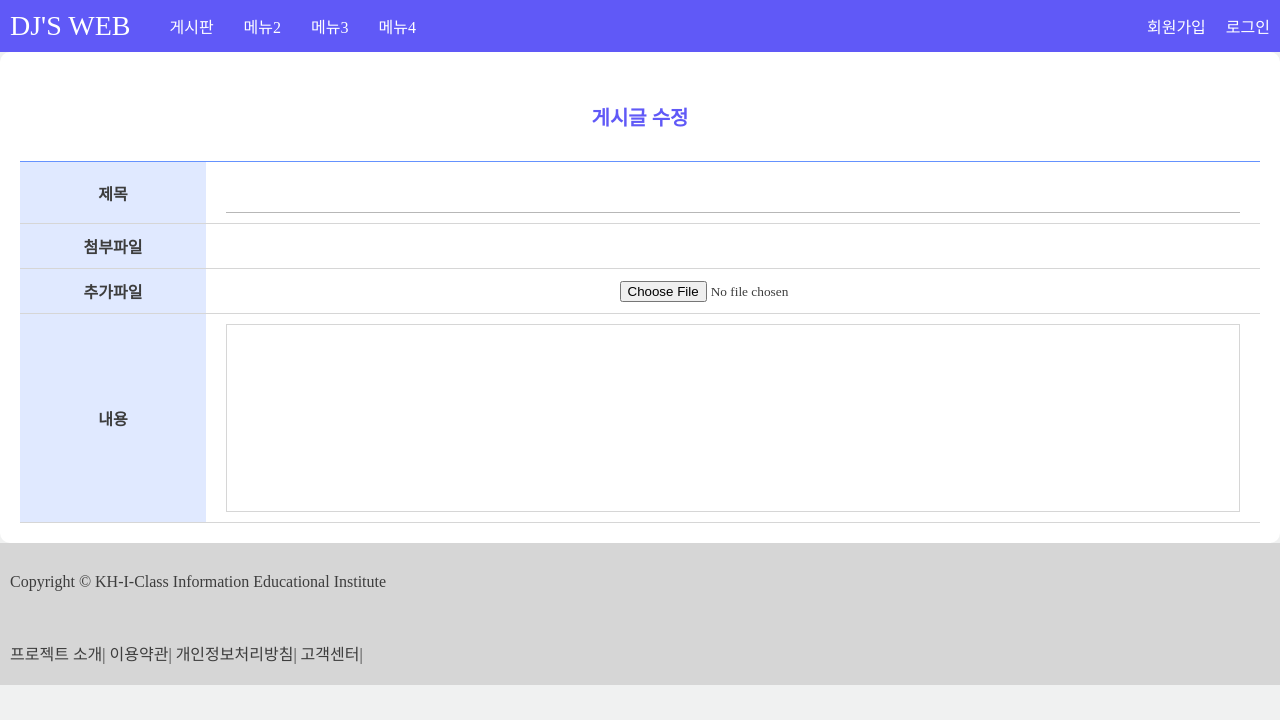
Repository: Godzilla-Man/codingStudy
Page: http://localhost/server_06_notice/notice/updateFrm
An editor plug-in stored every save of this project. The page is shown before and after the next save, followed by the edit.
The browser window is 1280 px wide. The pictures show the whole page.
Some web fonts or font styles are not loaded; a fallback is used. The page is served by Tomcat 9. Other server files are loaded and not shown. Queries for data that is not in the repository find no rows.

Above is the page before, as saved 2025-05-12 03:10:19.

### server_06_notice/src/main/webapp/WEB-INF/views/notice/updateFrm.jsp
<%@ page language="java" contentType="text/html; charset=UTF-8"
    pageEncoding="UTF-8"%>
<%@ taglib uri="http://java.sun.com/jsp/jstl/core" prefix="c" %>
<!DOCTYPE html>
<html>
<head>
<meta charset="UTF-8">
<title>게시글 정보 수정</title>
</head>
<body>
	<div class="wrap">
		<jsp:include page="/WEB-INF/views/common/header.jsp"></jsp:include>
		<main>
			<section class="section notice-update-wrap">
				<div class="page-title">게시글 수정</div>
				<form action="/notice/update" method="post" enctype="multipart/form-data">
					<input type="hidden" name="noticeNo" value="${notice.noticeNo}">
					<table class="tbl">
						<tr>
							<th style="width:15%;">제목</th>
							<td>
								<div class="input-item">
									<input type="text" name="noticeTitle" value="${notice.noticeTitle}">
								</div>
							</td>
						</tr>
						<tr>
							<th>첨부파일</th>
							<td>
								<div class="left">
									<c:forEach var="file" items="${notice.fileList}">
										<div class="files">
											<span class="delFileName">${file.fileName}</span>
											<span class="material-icons delBtn">remove_circle</span>
										</div>
									</c:forEach>
								</div>
							</td>
						</tr>
						<tr>
							<th>추가파일</th>
							<td>
								<input type="file" name="addFile">
							</td>
						</tr>
						<tr>
							<th>내용</th>
							<td class="left">
								<div class="input-item">
									<textarea name="noticeContent">${notice.noticeContent}</textarea>
								</div>
							</td>
						</tr>
					</table>
				</form>
			</section>
		</main>
		<jsp:include page="/WEB-INF/views/common/footer.jsp"></jsp:include>
	</div>
</body>
</html>

### server_06_notice/src/main/webapp/WEB-INF/views/common/header.jsp
<%@ page language="java" contentType="text/html; charset=UTF-8"
    pageEncoding="UTF-8"%>
<%@ taglib uri="http://java.sun.com/jsp/jstl/core" prefix="c" %>
<link rel="stylesheet" href="/resources/css/default.css">
<link href="https://fonts.googleapis.com/icon?family=Material+Icons" rel="stylesheet">
<script src="https://code.jquery.com/jquery-3.7.1.min.js"></script>
<script src="/resources/js/sweetalert.min.js"></script>

<header class="header">
	<div>
		<div class="logo">
			<a href="/">DJ'S WEB</a>
		</div>
		<nav class="nav">
			<ul>
				<li>
					<a href="/notice/getList?reqPage=1">게시판</a>
				</li>
				<li>
					<a href="#">메뉴2</a>
				</li>
				<li>
					<a href="#">메뉴3</a>
				</li>
				<li>
					<a href="#">메뉴4</a>
				</li>
			</ul>
		</nav>
		<ul class="user-menu">
			<%-- 세션에 로그인 회원 정보 등록 여부에 따라 다른 메뉴 출력 --%>
			<c:choose>
				<c:when test="${empty sessionScope.loginMember}">
					<li>
						<a href="/member/joinFrm">회원가입</a>
					</li>
					<li>
						<a href="/member/loginFrm">로그인</a>
					</li>
				</c:when>
				<c:otherwise>
					<li>
						<a href="/member/myPage">마이페이지</a>
					</li>
					<li>
						<a href="/member/logout">로그아웃</a>
					</li>
				</c:otherwise>
			</c:choose>
		</ul>
	</div>
</header>

### server_06_notice/src/main/webapp/WEB-INF/views/common/footer.jsp
<%@ page language="java" contentType="text/html; charset=UTF-8"
    pageEncoding="UTF-8"%>
<footer class="footer">
	<div>
		<p>Copyright &copy; KH-I-Class Information Educational Institute</p>
	</div>
	<div>
		<a href="#">프로젝트 소개</a><span>|</span>
		<a href="#">이용약관</a><span>|</span>
		<a href="#">개인정보처리방침</a><span>|</span>
		<a href="#">고객센터</a><span>|</span>
	</div>
</footer>

### server_06_notice/src/main/java/kr/or/iei/notice/controller/UpdateFrmServlet.java
package kr.or.iei.notice.controller;

import java.io.IOException;

import javax.servlet.RequestDispatcher;
import javax.servlet.ServletException;
import javax.servlet.annotation.WebServlet;
import javax.servlet.http.HttpServlet;
import javax.servlet.http.HttpServletRequest;
import javax.servlet.http.HttpServletResponse;

import kr.or.iei.notice.model.service.NoticeService;
import kr.or.iei.notice.model.vo.Notice;

/**
 * Servlet implementation class UpdateFrmServlet
 */
@WebServlet("/notice/updateFrm")
public class UpdateFrmServlet extends HttpServlet {
	private static final long serialVersionUID = 1L;

    /**
     * @see HttpServlet#HttpServlet()
     */
    public UpdateFrmServlet() {
        super();
        // TODO Auto-generated constructor stub
    }

	/**
	 * @see HttpServlet#doGet(HttpServletRequest request, HttpServletResponse response)
	 */
	protected void doGet(HttpServletRequest request, HttpServletResponse response) throws ServletException, IOException {
		//1. 인코딩
		//2. 값 추출 - 게시글 번호
		String noticeNo = request.getParameter("noticeNo");
		//3. 로직 - 게시글 1개 정보 조회
		NoticeService service = new NoticeService();
		Notice notice = service.selectOneNotice(noticeNo, true); //상세보기 이동 시, 정의했던 메소드 재사용

		//4. 결과 처리
		//4.1 이동 페이지 경로 지정
		RequestDispatcher view = request.getRequestDispatcher("/WEB-INF/views/notice/updateFrm.jsp");
		//4.2 화면 구현에 필요한 데이터 등록
		request.setAttribute("notice", notice);
		//4.3 페이지 이동
		view.forward(request, response);
	}

	/**
	 * @see HttpServlet#doPost(HttpServletRequest request, HttpServletResponse response)
	 */
	protected void doPost(HttpServletRequest request, HttpServletResponse response) throws ServletException, IOException {
		// TODO Auto-generated method stub
		doGet(request, response);
	}

}

### server_06_notice/src/main/java/kr/or/iei/notice/model/service/NoticeService.java
package kr.or.iei.notice.model.service;

import java.sql.Connection;
import java.util.ArrayList;

import kr.or.iei.common.JDBCTemplate;
import kr.or.iei.common.ListData;
import kr.or.iei.notice.model.dao.NoticeDao;
import kr.or.iei.notice.model.vo.Notice;
import kr.or.iei.notice.model.vo.NoticeFile;

public class NoticeService {

	private NoticeDao dao;

	public NoticeService() {
		dao = new NoticeDao();
	}

	public ListData<Notice> selectNoticeList(int reqPage) {
		Connection conn = JDBCTemplate.getConnection();

		//한 페이지에 보여줄 게시글의 갯수
		int viewNoticeCnt = 10;

		//시작 행번호(start)와 끝 행번호(end)를  요청 페이지 번호(reqPage)에 따라 연산

		/*
		 *  reqPage == 1, start ==1, end == 10
		 *  reqPage == 2, start ==11, end == 20
		 *  reqPage == 3, start ==21, end == 30
		 *  reqPage == 4, start ==31, end == 40
		 *  .
		 *  .
		 */
		int end = reqPage * viewNoticeCnt;
		int start = end - viewNoticeCnt + 1;


		ArrayList<Notice> list = dao.selectNoticeList(conn, start, end);

		//페이지네이션 작업 < 1 2 3 4 5 6 7 >

		//전체 게시글 갯수 조회(totCnt)
		int totCnt = dao.selectTotalCount(conn);

		//전체 페이지 갯수(totPage)
		/*
		 * totCnt == 23개 == 3개 페이지
		 * totCnt == 29개 == 3개 페이지
		 * totCnt == 60개 == 6개 페이지
		 * totCnt == 100개 == 10개 페이지
		 * totCnt == 101개 == 11개 페이지
		 *
		 * 전체 게시글 갯수를 한 페이지에 보여줄 게시글 갯수로 나누었을 때,
		 * 나머지가 존재한다면 나머지 게시글을 보여줄 페이지가 1개 더 필요.
		 */

		int totPage = 0;
		if(totCnt % viewNoticeCnt > 0) { //나머지 구하는 수식으로 페이지네이션 구성
			totPage = totCnt / viewNoticeCnt + 1;
		}else {
			totPage = totCnt / viewNoticeCnt;
		}

		//페이지네이션 사이즈 1 2 3 4 5
		int pageNaviSize = 5; //페이지 번호의 사이즈 -> 몇개를 보여줄 것인지

		/*
		 * ((3-1) / 5) * 5 + 1 -> 1페이지
		 * ((7-1) / 5) * 5 + 1 -> 6페이지
		 * ((14-1) / 5) * 5 + 1 -> 11페이지
		 */
		//페이지네이션의 시작 번호 (1,2,3,4,5 그룹이면 1이고, 6,7,8,9,10 그룹이면 6이고 11,12,13,14,15, 그룹이면 11)
		int pageNo = ((reqPage-1) / pageNaviSize) * pageNaviSize + 1;

		//페이지 하단에 보여줄 페이지네이션 HTML 코드 작성
		String pageNavi = "<ul class='pagination circle-style'>";

		//이전 버튼
		if(pageNo != 1) {
			pageNavi += "<li>";
			pageNavi += "<a class='page-item' href='/notice/getList?reqPage=" + (pageNo - 1) + "'>";
			pageNavi += "<span class='material-icons'>chevron_left</span>";
			pageNavi += "</a></li>";
		}

		for(int i=0; i<pageNaviSize; i++) {
			pageNavi += "<li>";

			//페이지 번호 작성 중, 사용자가 요청한 페이지 일 때 클래스를 다르게 지정하여 시각적인 효과
			if(pageNo == reqPage) {
				pageNavi += "<a class='page-item active-page' href='/notice/getList?reqPage=" + pageNo + "'>";
			}else {
				pageNavi += "<a class='page-item' href='/notice/getList?reqPage=" + pageNo + "'>";
			}

			pageNavi += pageNo; //시작태그와 종료 태그 사이에 작성되는 값
			pageNavi += "</a></li>";
			pageNo++;

			//설정한 pageNaviSize만큼 항상 그리지 않고, 마지막 페이지 그렸으면 더 이상 생성하지 않도록 처리
			//ex) 총 게시글 갯수가 130개면, 13개 페이지가 그려져야 함. 근데 pageNaviSize만큼 반복문 처리하면 11, 12, 13, 14, 15까지 모두 그려진다.. 13까지만 그리고 반복문 종료
			if(pageNo > totPage) {
				break;
			}
		}

		//다음 버튼
		if(pageNo <= totPage) {
			pageNavi += "<li>";
			pageNavi += "<a class='page-item' href='/notice/getList?reqPage=" + pageNo + "'>";
			pageNavi += "<span class='material-icons'>chevron_right</span>";
			pageNavi += "</a></li>";
		}

		pageNavi +="</ul>";

		/*
		 * 서블릿으로 리턴해야되는 값 => 게시글 리스트(list)와 페이지 하단에 보여줄 페이지네이션(pageNavi)
		 * 자바에서 메소드는 하나의 값만을 리턴할 수 있음. => 2개의 값을 저장할 수 있는 객체 ListData 생성
		 */

		ListData<Notice> listdata = new ListData<Notice>();
		listdata.setList(list);
		listdata.setPageNavi(pageNavi);

		JDBCTemplate.close(conn);
		return listdata;
	}

	public int insertNotice(Notice notice, ArrayList<NoticeFile> fileList) {
		Connection conn = JDBCTemplate.getConnection();

		/* 현재 기능은 등록 == insert임.
		 * 대상 테이블은 tbl_notice(게시판), tbl_notice_file(게시판의 파일)
		 * 	- 부모 테이블 : tbl_notice
		 *  - 자식 테이블 : tbl_notice_file
		 *
		 *  부모 테이블의 데이터가 존재해야, 자식 테이블에 INSERT가 가능함.
		 *  즉, tbl_notice에 insert가 먼저 수행되어야 함.
		 *
		 *  (1)게시글 번호 조회 select Query
		 *
		 *  (2)tbl_notice에 insert Query
		 *  insert into tbl_notice values(?, ?, ?, ?, sysdate, default);
		 *
		 *  (3)tbl_notice_file insert Query
		 *  insert into tbl_notice_file values(seq_notice_file.nextval, ?, 4, '0')
		 *
		 */

		//(1) 게시글 번호 조회. 아래 (2)와 (3)에서 동일한 게시글 번호를 공유해야 하므로 선 조회
		String noticeNo = dao.selectNoticeNo(conn);

		notice.setNoticeNo(noticeNo);

		//(2) tbl_notice에 insert(게시글 정보 선등록)
		int result = dao.insertNotice(conn, notice);

		if(result > 0) {
			for(NoticeFile file : fileList) {
				file.setNoticeNo(noticeNo); //(1)에서 조회한 게시글 번호

				//(3) tbl_notice_file에 insert(게시글에 대한 파일 등록)
				result = dao.insertNoticeFile(conn, file);

				//파일 정보 등록 중, 정상 수행되지 않았을 경우 모두 롤백처리하고, 메소드 종료
				if(result < 1) {
					JDBCTemplate.rollback(conn);
					JDBCTemplate.close(conn);
					return 0;
				}
			}
		}else {
			JDBCTemplate.rollback(conn);
		}

		JDBCTemplate.close(conn);

		return result;
	}

	public Notice selectOneNotice(String noticeNo, boolean updChk) {
		Connection conn = JDBCTemplate.getConnection();

		/*
		 * 게시글 상세 조회
		 * (1) 게시글 정보 조회 tbl_notice select
		 * (2) 게시글에 대한 파일 정보 조회
		 * (3) 게시글 조회수 업데이트
		 *
		 */

		//(1) 게시글 정보 조회
		Notice notice = dao.selectOneNotice(conn, noticeNo);

		if(notice != null) {
			//(3) 게시글 조회수 업데이트
			int result = 0;


			/*
			 * updChk == true : 상세보기 이동 시 호출 => 이때만 조회 수 업데이트
			 * updChk == false : 수정하기로 이동 시 호출
			 */
			if(updChk) {
				result = dao.updateReadCount(conn, noticeNo);
			}

			if(result > 0 || !updChk) {
				JDBCTemplate.commit(conn);

				ArrayList<NoticeFile> fileList = dao.selectNoticeFileList(conn, noticeNo);
				notice.setFileList(fileList);

			}else {
				JDBCTemplate.rollback(conn);
			}
		}

		return notice;
	}

	public ArrayList<NoticeFile> deleteNotice(String noticeNo) {
		Connection conn = JDBCTemplate.getConnection();
		/*
		 * 1. DB 게시글 정보 삭제
		 * 2. DB 게시글에 대한 파일 정보 삭제 -> 테이블 생성 시, 삭제 옵션이 CASCADE로 지정되어 (1) 수행 시, 자동으로 삭제된다.
		 * 3. 서버에 있는 파일 삭제를 위해, SELECT
		 *
		 * 1. 서버에 있는 파일 삭제를 위해, TBL_NOTICE_FILE에서 SELECT
		 * 2. DB 게시글 정보 삭제
		 *
		 */

		//1. 서버에 있는 파일 삭제를 위해, TBL_NOTICE_FILE에서 SELECT
		ArrayList<NoticeFile> delFileList =  dao.selectNoticeFileList(conn, noticeNo);

		//2. DB게시글 정보 삭제
		int result = dao.deleteNotice(conn,noticeNo);

		if(result > 0) {
			JDBCTemplate.commit(conn);
			return delFileList;
		}else {
			JDBCTemplate.rollback(conn);
			JDBCTemplate.close(conn);
			return null; //비정상 삭제 시, 서버에서 파일이 삭제되지 않도록 null 리턴
		}
	}
}

### server_06_notice/src/main/java/kr/or/iei/notice/model/dao/NoticeDao.java
package kr.or.iei.notice.model.dao;

import java.sql.Connection;
import java.sql.PreparedStatement;
import java.sql.ResultSet;
import java.sql.SQLException;
import java.util.ArrayList;

import kr.or.iei.common.JDBCTemplate;
import kr.or.iei.notice.model.vo.Notice;
import kr.or.iei.notice.model.vo.NoticeFile;

public class NoticeDao {

	public ArrayList<Notice> selectNoticeList(Connection conn, int start, int end) {
		PreparedStatement pstmt = null;
		ResultSet rset = null;

		ArrayList<Notice> list = new ArrayList<Notice>();

		//목록 페이지에서는 일부 정보만 표기하기 위해, 모든 컬럼 조회 X. 작성일 기준 내림차순(가장 최신글이 상단에 보이도록)
		String query = "SELECT NOTICE_NO, NOTICE_TITLE,(SELECT MEMBER_ID FROM TBL_MEMBER wHERE member_no = NOTICE_WRITER) AS NOTICE_WRITER,NOTICE_DATE,READ_COUNT FROM(SELECT ROWNUM RNUM, A.*FROM(SELECT *\r\n"
				+ "              FROM TBL_NOTICE A\r\n"
				+ "             ORDER BY NOTICE_DATE DESC\r\n"
				+ "           ) A\r\n"
				+ "     )\r\n"
				+ " WHERE RNUM >= ? AND RNUM <= ?";


		try {
			pstmt = conn.prepareStatement(query);

			pstmt.setInt(1,  start);
			pstmt.setInt(2, end);

			rset = pstmt.executeQuery();

			while(rset.next()) {
				Notice n = new Notice();
				n.setNoticeNo(rset.getString("notice_no")); //목록에서 클릭하면 상세보기로 이동하기 위해
				n.setNoticeTitle(rset.getString("notice_title"));
				n.setNoticeWriter(rset.getString("notice_writer"));
				n.setNoticeDate(rset.getString("notice_date"));
				n.setReadCount(rset.getInt("read_count"));

				list.add(n);
			}
		} catch (SQLException e) {
			// TODO Auto-generated catch block
			e.printStackTrace();
		} finally {
			JDBCTemplate.close(rset);
			JDBCTemplate.close(pstmt);
		}

		return list;
	}

	public int selectTotalCount(Connection conn) {
		PreparedStatement pstmt = null;
		ResultSet rset = null;

		int totCnt = 0;

		String query = "select count(*) as cnt from tbl_notice";

		try {
			pstmt = conn.prepareStatement(query);
			rset = pstmt.executeQuery();
			rset.next();
			totCnt = rset.getInt("cnt");

		} catch (SQLException e) {
			// TODO Auto-generated catch block
			e.printStackTrace();
		} finally {
			JDBCTemplate.close(rset);
			JDBCTemplate.close(pstmt);;
		}

		return totCnt;
	}

	public String selectNoticeNo(Connection conn) {
		PreparedStatement pstmt = null;
		ResultSet rset = null;

		String noticeNo = "";

		String query = "select to_char(sysdate, 'yymmdd') || lpad(seq_notice.nextval, 4, '0') notice_no from dual";

		try {
			pstmt = conn.prepareStatement(query);
			rset = pstmt.executeQuery();

			if(rset.next()) {
				noticeNo = rset.getString("notice_no");
			}

		} catch (SQLException e) {
			// TODO Auto-generated catch block
			e.printStackTrace();
		} finally {
			JDBCTemplate.close(rset);
			JDBCTemplate.close(pstmt);
		}
		return noticeNo;
	}

	public int insertNotice(Connection conn, Notice notice) {
		PreparedStatement pstmt = null;

		int result = 0;

		String query = "insert into tbl_notice values (?, ?, ?, ?, sysdate, default)";

		try {
			pstmt = conn.prepareStatement(query);

			pstmt.setString(1, notice.getNoticeNo());
			pstmt.setString(2, notice.getNoticeTitle());
			pstmt.setString(3, notice.getNoticeContent());
			pstmt.setString(4, notice.getNoticeWriter());

			result = pstmt.executeUpdate();
		} catch (SQLException e) {
			// TODO Auto-generated catch block
			e.printStackTrace();
		} finally {
			JDBCTemplate.close(pstmt);
		}

		return result;
	}

	public int insertNoticeFile(Connection conn, NoticeFile file) {
		PreparedStatement pstmt = null;

		int result = 0;

		String query = "insert into tbl_notice_file values(seq_notice_file.nextval, ?, ?, ?)";

		try {
			pstmt = conn.prepareStatement(query);

			pstmt.setString(1, file.getNoticeNo());
			pstmt.setString(2, file.getFileName());
			pstmt.setString(3, file.getFilePath());

			result = pstmt.executeUpdate();
		} catch (SQLException e) {
			// TODO Auto-generated catch block
			e.printStackTrace();
		} finally {
			JDBCTemplate.close(pstmt);
		}
		return result;
	}

	public Notice selectOneNotice(Connection conn, String noticeNo) {
		PreparedStatement pstmt = null;
		ResultSet rset = null;

		Notice notice = null;

		String query = "select notice_title, notice_content, notice_date, read_count, (select member_id from tbl_member where member_no = notice_writer) as notice_writer from tbl_notice where notice_no = ?";

		try {
			pstmt = conn.prepareStatement(query);
			pstmt.setString(1, noticeNo);
			rset = pstmt.executeQuery();

			if(rset.next()) {
				notice = new Notice();
				notice.setNoticeNo(noticeNo);
				notice.setNoticeTitle(rset.getString("notice_title"));
				notice.setNoticeContent(rset.getString("notice_content"));
				notice.setNoticeWriter(rset.getString("notice_writer"));
				notice.setNoticeDate(rset.getString("notice_date"));
				notice.setReadCount(rset.getInt("read_count"));
			}
		} catch (SQLException e) {
			// TODO Auto-generated catch block
			e.printStackTrace();
		} finally {
			JDBCTemplate.close(rset);
			JDBCTemplate.close(pstmt);
		}
		return notice;
	}

	public int updateReadCount(Connection conn, String noticeNo) {
		PreparedStatement pstmt = null;

		int result = 0;

		String query = "update tbl_notice set read_count = read_count + 1 where notice_no = ?";

		try {
			pstmt = conn.prepareStatement(query);
			pstmt.setString(1, noticeNo);
			result = pstmt.executeUpdate();
		} catch (SQLException e) {
			// TODO Auto-generated catch block
			e.printStackTrace();
		} finally {
			JDBCTemplate.close(pstmt);
		}

		return result;
	}

	public ArrayList<NoticeFile> selectNoticeFileList(Connection conn, String noticeNo) {
		PreparedStatement pstmt = null;
		ResultSet rset = null;

		ArrayList<NoticeFile> fileList = new ArrayList<NoticeFile>();

		String query = "select * from tbl_notice_file where notice_no = ?";

		try {
			pstmt = conn.prepareStatement(query);
			pstmt.setString(1, noticeNo);
			rset = pstmt.executeQuery();

			while(rset.next()) {
				NoticeFile file = new NoticeFile();
				file.setFileNo(rset.getInt("file_no"));
				file.setNoticeNo(noticeNo);
				file.setFileName(rset.getString("file_name"));
				file.setFilePath(rset.getString("file_path"));

				fileList.add(file);
			}
		} catch (SQLException e) {
			// TODO Auto-generated catch block
			e.printStackTrace();
		} finally {
			JDBCTemplate.close(rset);
			JDBCTemplate.close(pstmt);
		}

		return fileList;
	}

	public int deleteNotice(Connection conn, String noticeNo) {

		PreparedStatement pstmt = null;

		int result = 0;

		String query = "delete from tbl_notice where notice_no = ?";

		try {
			pstmt = conn.prepareStatement(query);
			pstmt.setString(1, noticeNo);
			result = pstmt.executeUpdate();
		} catch (SQLException e) {
			// TODO Auto-generated catch block
			e.printStackTrace();
		} finally {
			JDBCTemplate.close(pstmt);
		}
		return result;
	}
}

### server_06_notice/src/main/java/kr/or/iei/common/JDBCTemplate.java
package kr.or.iei.common;

import java.sql.Connection;
import java.sql.DriverManager;
import java.sql.PreparedStatement;
import java.sql.ResultSet;
import java.sql.SQLException;

public class JDBCTemplate {

	public static Connection getConnection() {
		Connection conn = null;

		try {
			Class.forName("oracle.jdbc.driver.OracleDriver");
			conn = DriverManager.getConnection("jdbc:oracle:thin:@127.0.0.1:1521:xe","server_notice","1234"); //DB계정 정보 입력
			conn.setAutoCommit(false); //자동 커밋 방지. 트랜잭션 관리는 서비스 계층에서 처리.
		} catch (ClassNotFoundException e) {
			// TODO Auto-generated catch block
			e.printStackTrace();
		} catch (SQLException e) {
			// TODO Auto-generated catch block
			e.printStackTrace();
		}
		return conn;
	}

	public static void close(Connection conn) {
			try {
				if(conn != null && !conn.isClosed()) {
				conn.close();
				}
			} catch (SQLException e) {
				// TODO Auto-generated catch block
				e.printStackTrace();

		}
	}
	public static void close(PreparedStatement pstmt) {
		try {
			if(pstmt != null && !pstmt.isClosed()) {
			pstmt.close();
			}
		} catch (SQLException e) {
			// TODO Auto-generated catch block
			e.printStackTrace();

		}
	}
	public static void close(ResultSet rset) {
		try {
			if(rset != null && !rset.isClosed()) {
			rset.close();
			}
		} catch (SQLException e) {
			// TODO Auto-generated catch block
			e.printStackTrace();

		}
	}
	public static void commit(Connection conn) {
		try {
			if(conn != null && !conn.isClosed()) {
			conn.commit();
			}
		} catch (SQLException e) {
			// TODO Auto-generated catch block
			e.printStackTrace();
		}
	}
	public static void rollback(Connection conn) {
		try {
			if(conn != null && !conn.isClosed()) {
			conn.rollback();
			}
		} catch (SQLException e) {
			// TODO Auto-generated catch block
			e.printStackTrace();
		}
	}
}

Loaded but not shown: server_06_notice/src/main/webapp/resources/js/sweetalert.min.js (library); server_06_notice/src/main/webapp/resources/css/default.css (533 lines, source omitted)

After the next save:
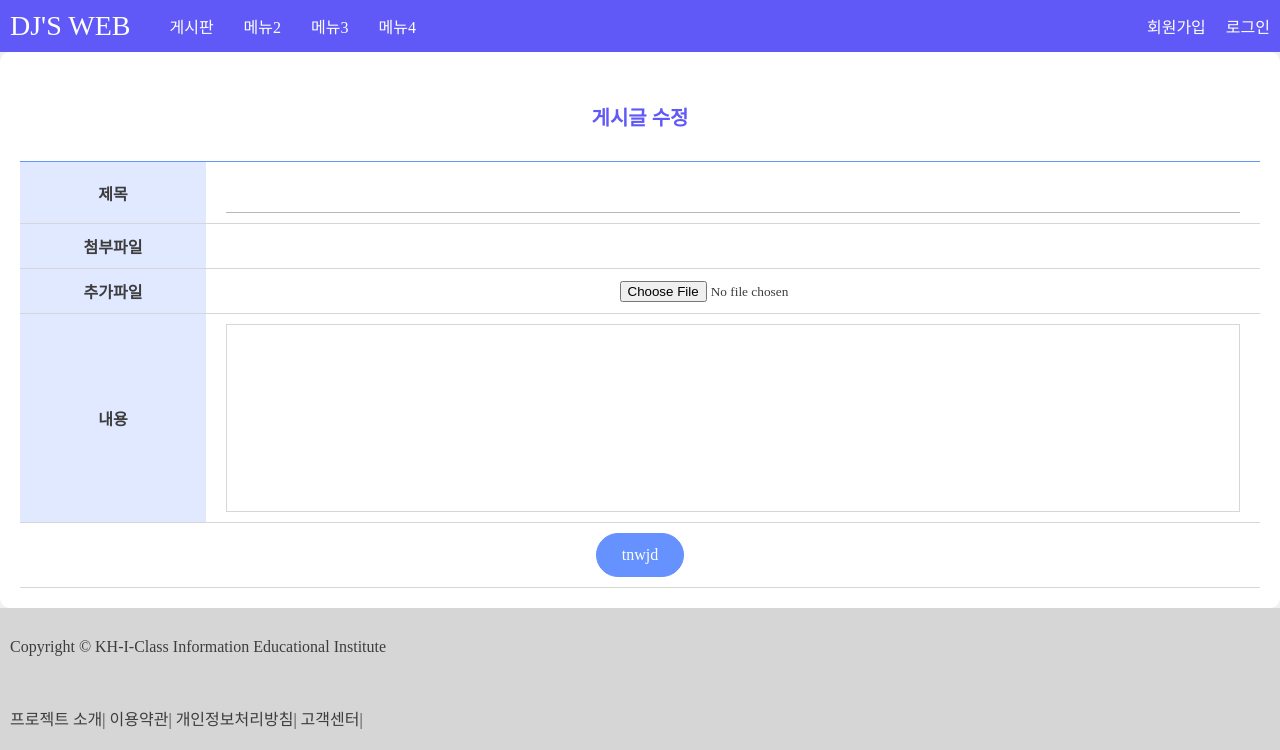
Saved 43 s later.
--- a/server_06_notice/src/main/webapp/WEB-INF/views/notice/updateFrm.jsp
+++ b/server_06_notice/src/main/webapp/WEB-INF/views/notice/updateFrm.jsp
@@ -51,6 +51,10 @@
 								</div>
 							</td>
 						</tr>
+						<tr>
+							<td colspan="2">
+								<button class="btn-primary lg">tnwjd</button>
+							</td>
 					</table>
 				</form>
 			</section>
